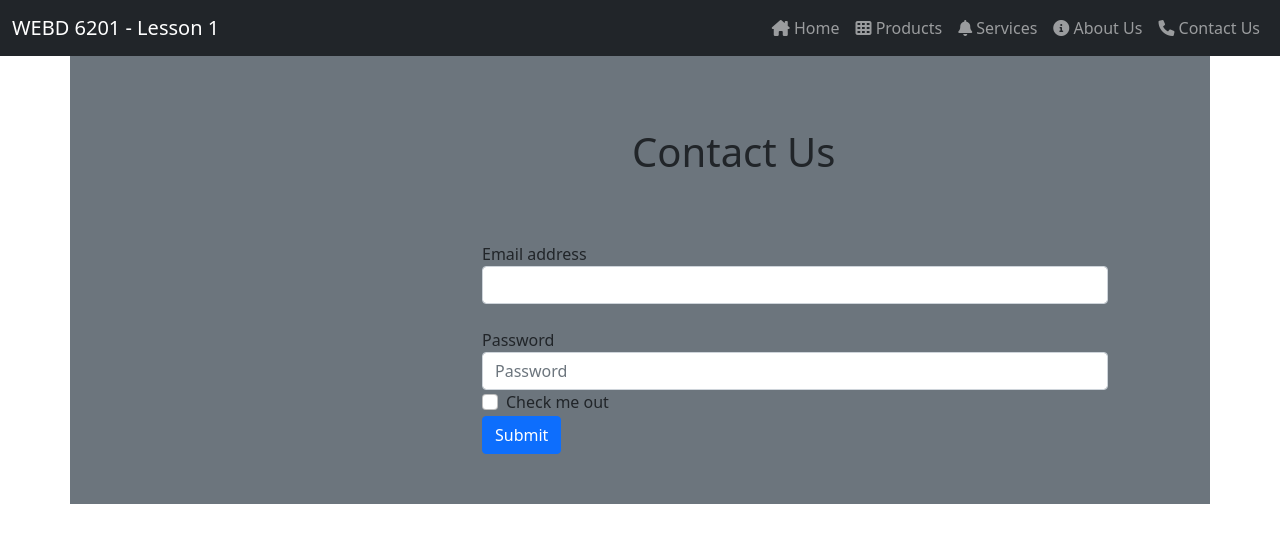
Repository: devanshudave1901/DevanshuDave_AngaranYogeswaranLab2
Page: contact.html
These files come from the project's save history. The page is drawn as it stood at one moment and after the next save; the edit follows.
The browser window is 1280 px wide. The pictures show the whole page.

Above is the page before, as saved 2022-02-10 12:22:29.

### contact.html
<!DOCTYPE html>
<html lang="en">
  <head>
    <meta charset="UTF-8" />
    <meta http-equiv="X-UA-Compatible" content="IE=edge" />
    <meta name="viewport" content="width=device-width, initial-scale=1.0" />
    <title>Contact Us</title>
    <link
      rel="stylesheet"
      href="./node_modules/bootstrap/dist/css/bootstrap.min.css"
    />
    <link
      rel="stylesheet"
      href="./node_modules/@fortawesome/fontawesome-free/css/all.min.css"
    />
    <link rel="stylesheet" href="./Content/app.css" />
  </head>
  <body>
    <nav class="navbar navbar-expand-lg navbar-dark bg-dark">
      <div class="container-fluid">
        <a class="navbar-brand" href="#">WEBD 6201 - Lesson 1</a>
        <button
          class="navbar-toggler"
          type="button"
          data-bs-toggle="collapse"
          data-bs-target="#navbarSupportedContent"
          aria-controls="navbarSupportedContent"
          aria-expanded="false"
          aria-label="Toggle navigation"
        >
          <span class="navbar-toggler-icon"></span>
        </button>
        <div class="collapse navbar-collapse" id="navbarSupportedContent">
          <ul class="navbar-nav ms-auto">
            <li class="nav-item active">
              <a class="nav-link" aria-current="page" href="./index.html"
                ><i class="fa-solid fa-house-chimney"></i> Home</a
              >
            </li>

            <li class="nav-item">
              <a class="nav-link" href="./products.html"
                ><i class="fa-solid fa-th"></i> Products</a
              >
            </li>
            <li class="nav-item">
              <a class="nav-link" href="./services.html"
                ><i class="fa-solid fa-bell"></i> Services</a
              >
            </li>
            <li class="nav-item">
              <a class="nav-link" href="./about.html">
                <i class="fa-solid fa-circle-info"></i> About Us</a
              >
            </li>
            <li class="nav-item">
              <a class="nav-link" href="./contact.html">
                <i class="fa-solid fa-phone"></i> Contact Us</a
              >
            </li>
          </ul>
        </div>
      </div>
    </nav>
    <div class="jumbotron bg-secondary container" id="contentArea">
      <br />
      <br />
      <br />
      <h1 id="contactId">Contact Us</h1>
      <br />
      <br />

      <form id="Contactform">
        <div class="form-group">
          <label for="exampleInputEmail1"> Email address</label>
          <input type="email" class="form-control" id="exampleInputEmail1" />
        </div>
        <br />
        <div class="form-group">
          <label for="exampleInputPassword1">Password</label>
          <input
            type="password"
            class="form-control"
            id="exampleInputPassword1"
            placeholder="Password"
            rows="3"
          />
        </div>
        <div class="form-check">
          <input type="checkbox" class="form-check-input" id="exampleCheck1" />
          <label class="form-check-label" for="exampleCheck1"
            >Check me out</label
          >
        </div>
        <button type="submit" class="btn btn-primary">Submit</button>
      </form>
    </div>
    <!-- 3RD Party Library-->
    <script src="./node_modules/jquery/dist/jquery.min.js"></script>
    <script src="./node_modules/bootstrap/dist/js/bootstrap.min.js"></script>
  </body>
</html>

### Content/app.css
#Contactform {
  padding: 10px 90px 50px 400px;
}

.formInputBox {
  padding-left: 60px;
  margin: 8px 0;
  border: dashed;
  box-sizing: border-box;
}

#contactId {
  padding-left: 550px;
}

Loaded but not shown: node_modules/bootstrap/dist/css/bootstrap.min.css (library); node_modules/@fortawesome/fontawesome-free/css/all.min.css (library); node_modules/jquery/dist/jquery.min.js (library); node_modules/bootstrap/dist/js/bootstrap.min.js (library)

After the next save:
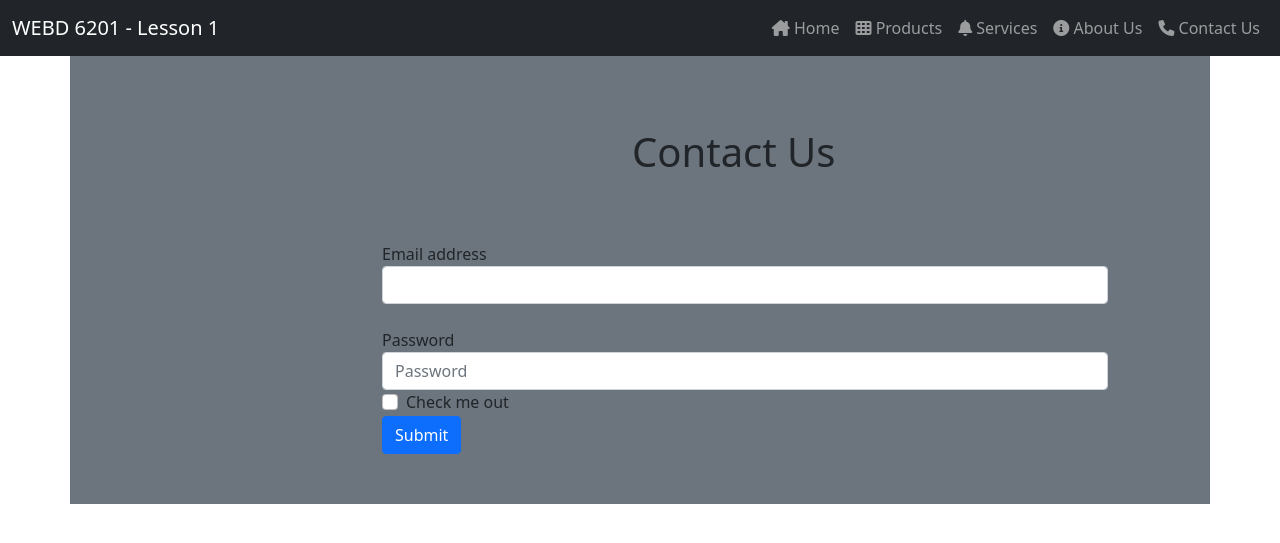
Saved 6 s later.
--- a/Content/app.css
+++ b/Content/app.css
@@ -1,5 +1,5 @@
 #Contactform {
-  padding: 10px 90px 50px 400px;
+  padding: 10px 90px 50px 300px;
 }
 
 .formInputBox {
